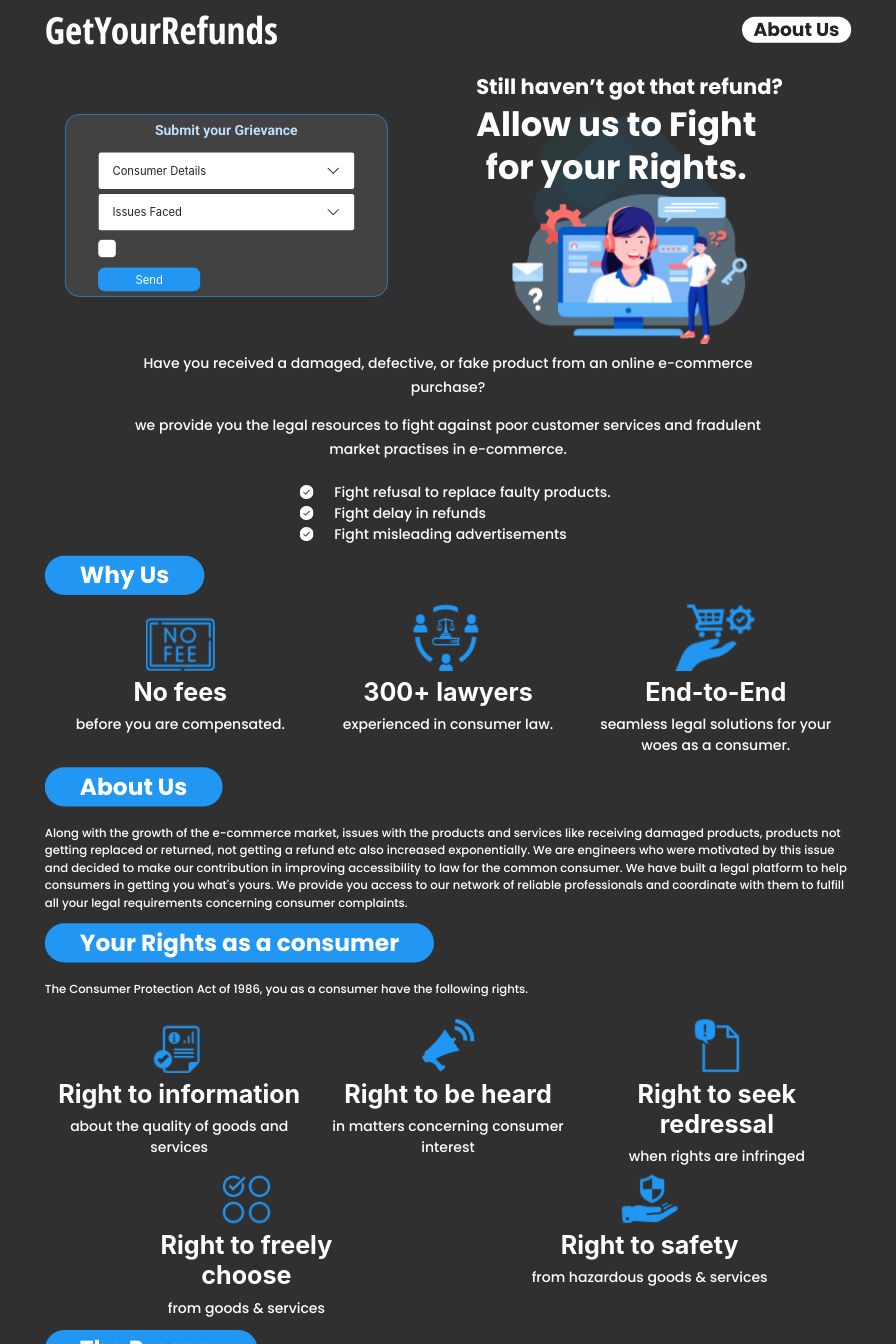
Repository: Eren00Yeager/initial-survey
Page: /consumer-complaints
These files come from the project's save history. The page is drawn as it stood at one moment and after the next save; the edit follows.
The browser window is 1280 px wide. The pictures show the part of the page from y = 0 to 1920 px (the page is 2604 px tall), at 70% of full size.
Some web fonts or font styles are not loaded; a fallback is used. The project was rebuilt for these pictures with package versions that can differ from the ones it lists, and the page was loaded fresh each time. The framework's server and built-in components were replaced by stand-ins that run in the browser. Also part of the build but not shown: next.config.js.

Above is the page before, as saved 2022-07-14 13:08:19.

After the next save:
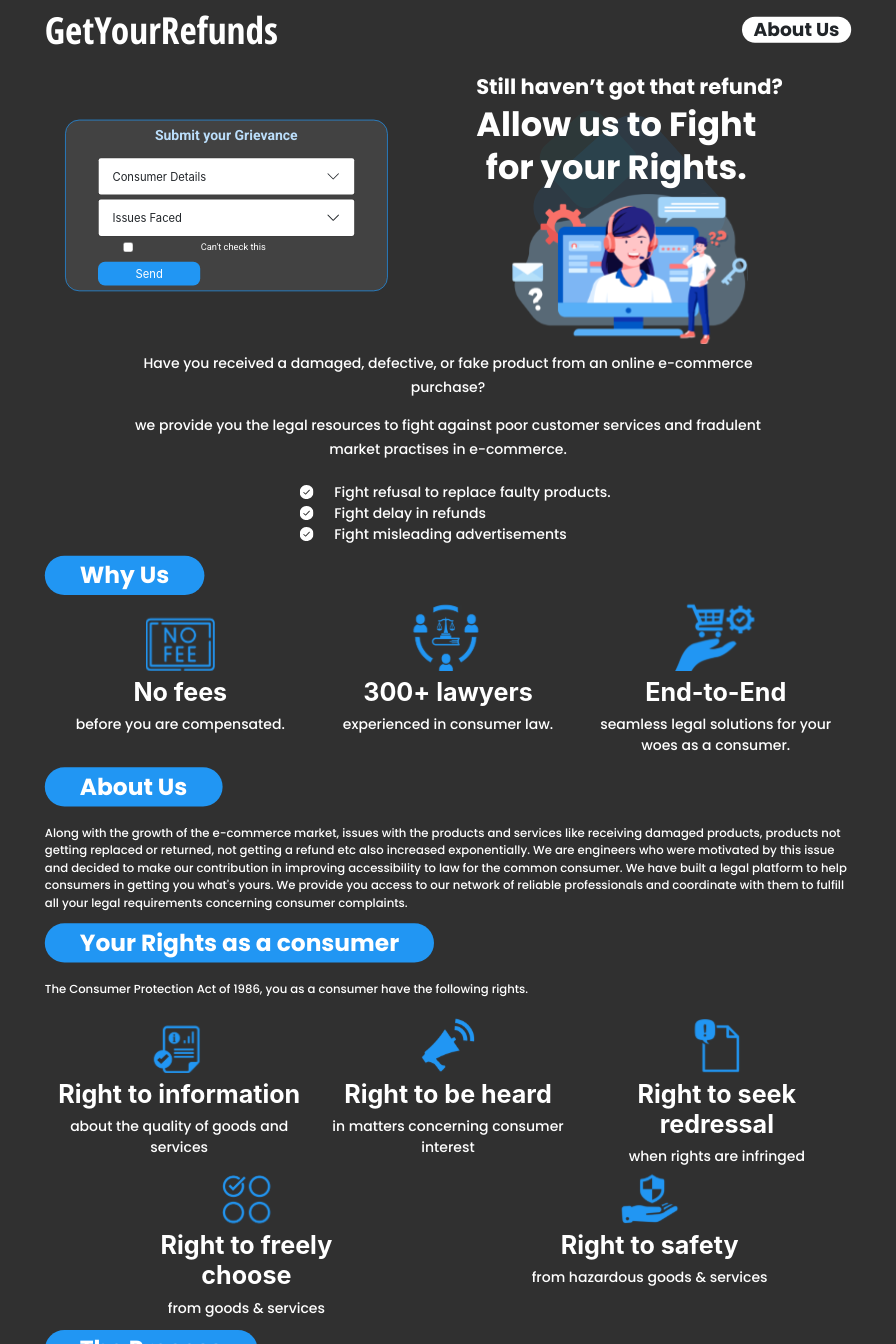
Saved 18 s later.
--- a/pages/consumer-complaints.jsx
+++ b/pages/consumer-complaints.jsx
@@ -170,8 +170,8 @@ export default function consumer() {
                 </Accordion>
 
 
-                <Form.Group>
-                    <Form.Check type="checkbox" label="" />
+                <Form.Group className={consumerStyles.terms} >
+                    <Form.Check type="checkbox" label="Can't check this" />
 
                 </Form.Group>
                 <Button variant="primary" className={consumerStyles.sub} >
